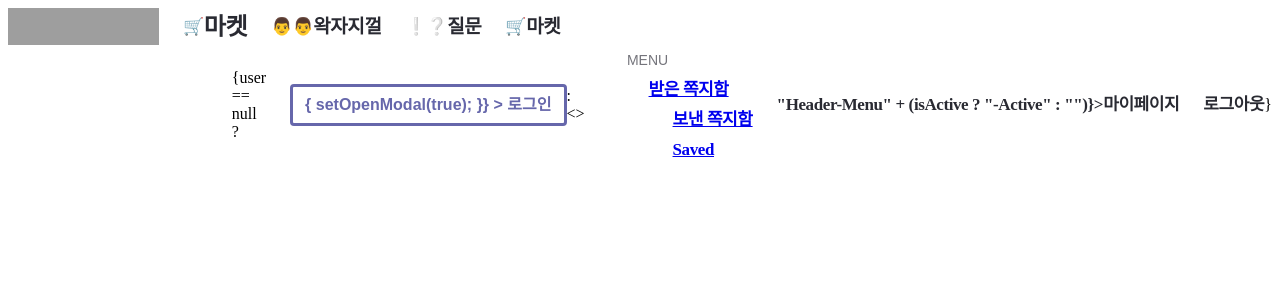
Repository: Khan9389/newDJ_JSP
Page: http://localhost/newDangJang/WEB-INF/jsp/home/main.jsp
An editor plug-in stored every save of this project. The page is shown before and after the next save, followed by the edit.
The browser window is 1280 px wide. The pictures show the whole page.
Pictures or frames that could not be fetched are drawn as grey boxes. The page is served by Tomcat 9. Nobody is signed in. The template is opened directly, without the code that normally fills it, so the values that code supplies are empty.

Above is the page before, as saved 2022-06-27 05:52:23.
Console error (its wording comes from the project's code and is left out).

After the next save:
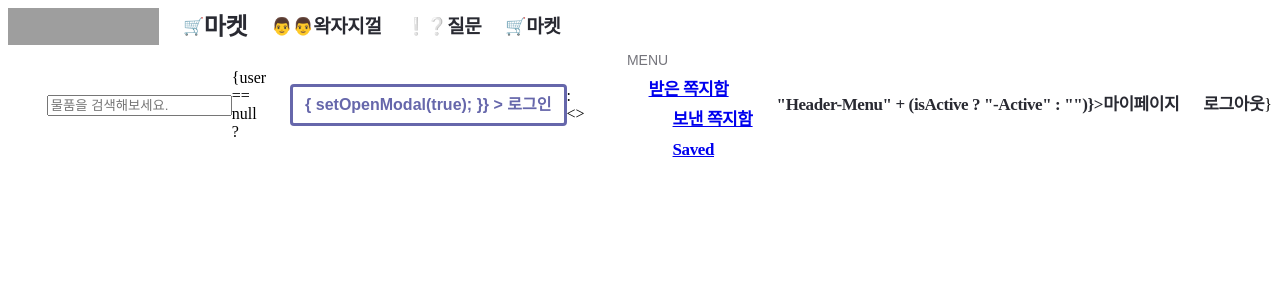
Saved 16 s later.
--- a/newDangJang/WebContent/WEB-INF/jsp/home/main.jsp
+++ b/newDangJang/WebContent/WEB-INF/jsp/home/main.jsp
@@ -134,6 +134,7 @@
 <body>
 	<header>
 	 <div class="Category">
+
 	 <div class="left-content">
           <ul class="MainUl">
        		<li><Link to="/"><img src={LogoPath} alt=""></img></Link></li>
@@ -150,7 +151,7 @@
               <ul class="MainUl">
                 <li>
                   <Label width="300px" padding="12px 15px 11px 46px">
-                    <MainInput
+                    <Input
                       name="search"
                       placeholder="물품을 검색해보세요."
                       autocomplete="off"
